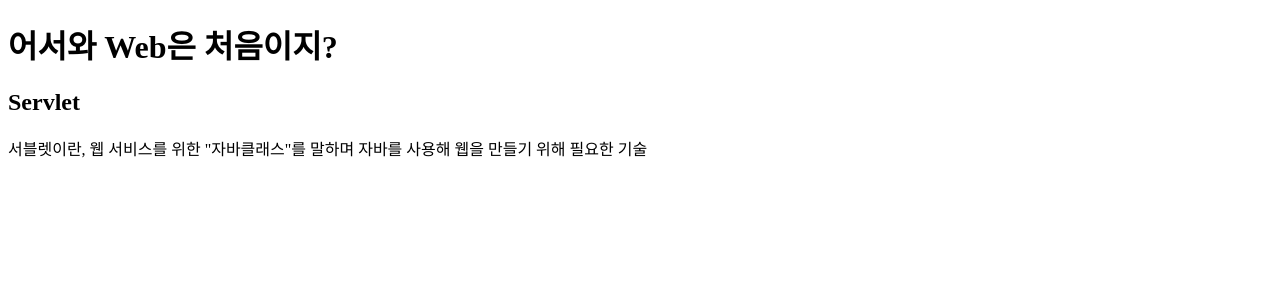
Repository: chuhj1226/servlet
Page: workspace/1_Servlet/WebContent/index.html
An editor plug-in stored every save of this project. The page is shown before and after the next save, followed by the edit.
The browser window is 1280 px wide. The pictures show the whole page.

Above is the page before, as saved 2021-10-04 08:32:29.

After the next save:
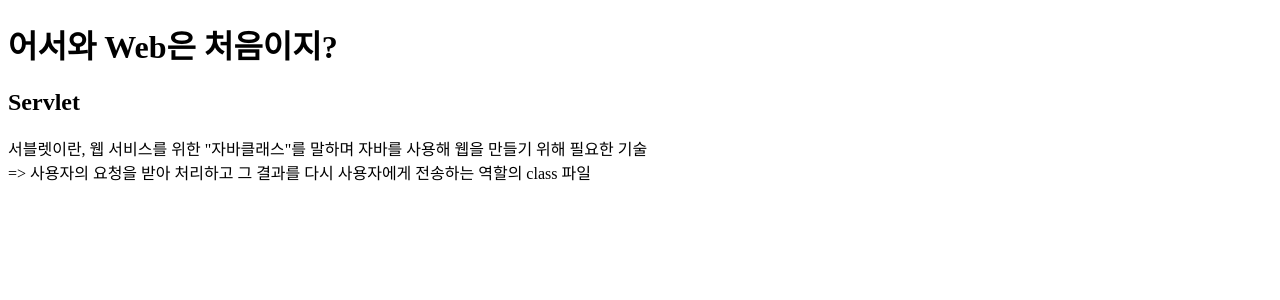
Saved 27 s later.
--- a/workspace/1_Servlet/WebContent/index.html
+++ b/workspace/1_Servlet/WebContent/index.html
@@ -31,6 +31,8 @@
 	<h2>Servlet</h2>
 	<p>
 		서블렛이란, 웹 서비스를 위한 "자바클래스"를 말하며 자바를 사용해 웹을 만들기 위해 필요한 기술<br>
+		=> 사용자의 요청을 받아 처리하고 그 결과를 다시 사용자에게 전송하는 역할의 class 파일<br>
+
 	</p>
 
 </body>
